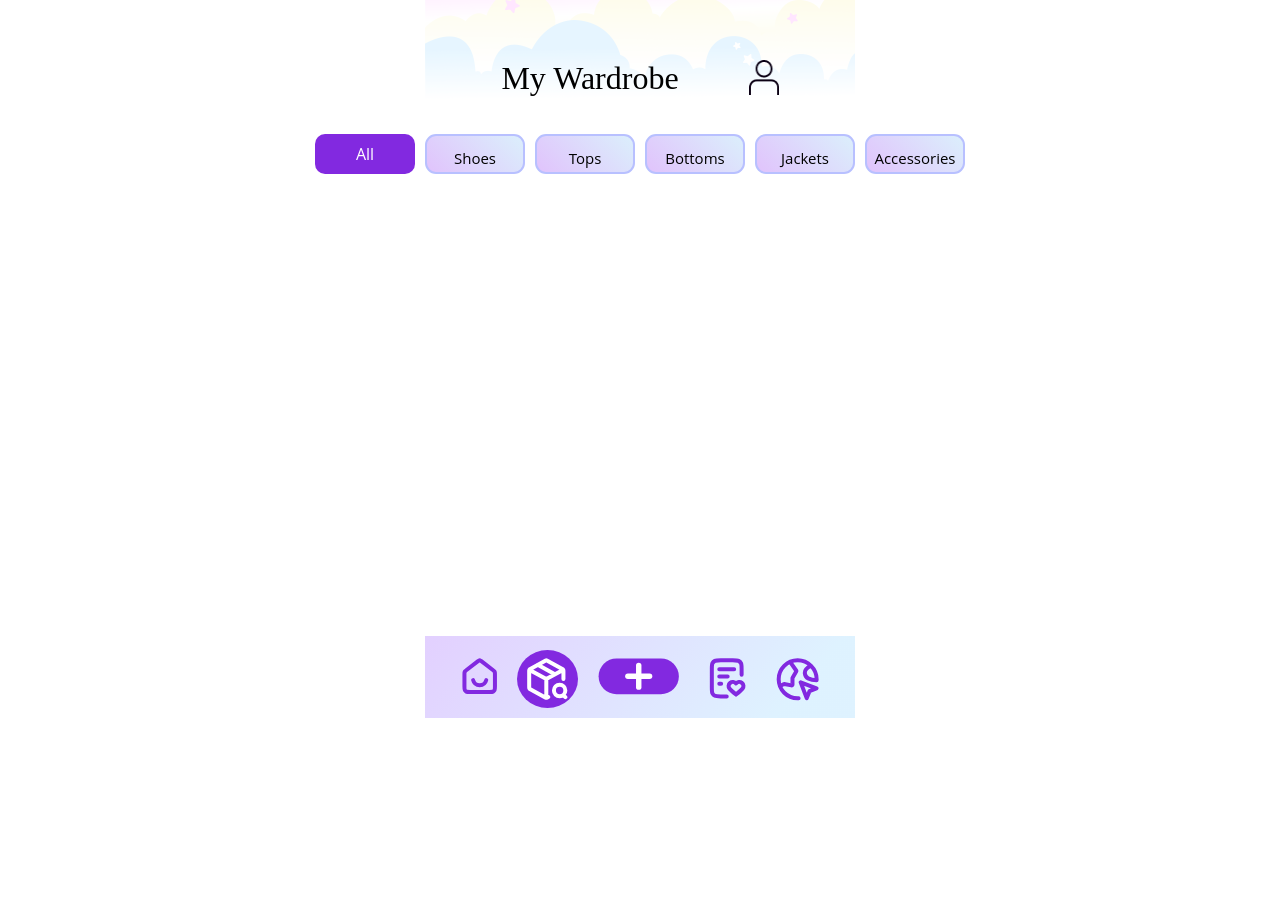
Repository: navnneett/clotho
Page: /Inventory/Category
These files come from the project's save history. The page is drawn as it stood at one moment and after the next save; the edit follows.
The browser window is 1280 px wide. The pictures show the whole page.
The project was rebuilt for these pictures with package versions that can differ from the ones it lists, and the page was loaded fresh each time. The framework's server and built-in components were replaced by stand-ins that run in the browser. Also part of the build but not shown: next.config.js, next.config.mjs, components/CategoryCard/CategoryCard.module.css, components/CategoryCard/index.js.

Above is the page before, as saved 2024-04-15 17:05:27.

### pages/Inventory/Category.js
import styles from "@/styles/Category.module.css";
import Link from "next/link";
import BottomNavigation from "@/components/BottomNavigation/index.js";
import CategoryCard from "@/components/CategoryCard";
import { useState } from "react";
import Image from "next/image";
import { inventory } from "@/Data/inventory";
import ButtonTwo from "@/components/ButtonTwo";
import Button from "@/components/Button";

export default function Category() {

    const [color, setColor] = useState(false);
    const isClick = () => {
        setColor(true);
    }

    const [selectedCards, setSelectedCards] = useState([...inventory.photos]);
    const [selectedItems, setSelectedItems] = useState("All");
    const findItems = (title) => {
        setSelectedItems(title.toUpperCase())
    }

    return (
        <div className={styles.mainContainer} >
            <div className={styles.contentContainer}>
                <div className={styles.topHead}>
                    <div className={styles.headline}>
                        <h1 className={styles.title}>My Wardrobe</h1>
                    </div>
                    <div className={styles.user}>
                        <Image src="/images/inventory/User_account.png" height={35} width={30} />
                    </div>
                </div>

                <div className={styles.chip}>
                    {color ? (
                    <ButtonTwo title="All" height={40} width={100} margin="5px" onClick={() => findItems("ALL")}>
                        All
                    </ButtonTwo>) :
                        (
                        <Button onClick={isClick} title="All" height={40} width={100} borderRadius="10px" fontSize="var(--open-sans-small)" margin="5px">
                            All
                        </Button>
                    )}
                    <ButtonTwo title="Shoes" height={40} width={100} margin="5px" onClick={() => findItems("S")}>Shoes</ButtonTwo>
                    <ButtonTwo title="Tops" height={40} width={100} margin="5px" onClick={() => findItems("T")}>Tops</ButtonTwo>
                    <ButtonTwo title="Bottoms" height={40} width={100} margin="5px" onClick={() => findItems("B")}>Bottoms</ButtonTwo>
                    <ButtonTwo title="Jackets" height={40} width={100} margin="5px" onClick={() => findItems("J")}>Jackets</ButtonTwo>
                    <ButtonTwo title="Accessories" height={40} width={100} margin="5px" onClick={() => findItems("A")}>Accessories</ButtonTwo>
                </div>

                <div className={styles.cards}>
                    {selectedCards && selectedCards.map((photo, index) => (
                        selectedItems === "ALL" ? (
                            <CategoryCard
                                key={index}
                                photoId={photo.id}
                                className={styles.items}
                                src={photo.image}
                                title={photo.title}
                                alt="inventory images"
                                bgColor="var(--inventory-bgColor)"
                                borderRadius="20px"
                                border="0px var(--white)"
                                boxShadow="0px 6px 8px rgba(0, 0, 0, 0.1)"
                                height="150"
                                width="140"
                                />
                        ) : (
                            selectedItems === photo.title.slice(0,1).toUpperCase() && (
                                <CategoryCard
                                key={index}
                                photoId={photo.id}
                                className={styles.items}
                                src={photo.image}
                                title={photo.title}
                                alt="inventory images"
                                bgColor="var(--inventory-bgColor)"
                                borderRadius="20px"
                                border="0px var(--white)"
                                boxShadow="0px 6px 8px rgba(0, 0, 0, 0.1)"
                                height="150"
                                width="140"
                                />
                            )
                        )

                    ))}

                </div>
            </div>

            <div>
                <BottomNavigation
                    bgColorInventory="var(--button-highlight-light)"
                    pathColorInventory="var(--white)"
                    borderStyle="60%"
                    IconWidth={90}
                    iconHeight={36}
                />
            </div>
        </div>
    );
}

### styles/globals.css
:root {

    --transparency: rgba(0, 0, 0, 0);
    --gray: rgb(119, 119, 119);
    --red: rgb(201, 8, 8);

    --large: 21px;
    --medium: 18px;
    --small: 16px;
    --logo: 25px;

    --button-linear-light: 45deg, rgba(221, 184, 255, 0.8), rgba(214, 239, 255, 0.8);
    --button-outline-light: 2px solid #B8C0FF;
    --inventory-card-outline: 4px solid #B8C0FF;
    --button-highlight-light: #8229E0;
    --black: black;
    --white: white;
    --white-transparent: rgba(255, 255, 255, 0.5);
    --light-gray: #B3B3B3;

    --chart-color-purple: #8884d8;
    --chart-color-blue: #83a6ed;
    --chart-color-cyan: #8dd1e1;
    --chart-color-bright-purple: #b399ff;
    --chart-color-light-purple: #b8c0ff;

    --inventory-bgColor: #FBFBFB;



    /* Text styles */
    --open-sans-text: 'Open Sans', sans-serif;
    --open-sans-weight: 500;
    --open-sans-size: 1.7rem;
    --open-sans-small: 1rem;
    --open-sans-medium: 1.2rem;

    --roboto-slab-text: 'Roboto Slab', serif;
    --roboto-slab-weight: 600;
    --roboto-slab-weight-small: 300;
    --roboto-slab-size: 3rem;
    --roboto-slab-small: 2rem;
}


html,
body {
    padding: 0;
    width: 430px;
    height: 923px;
    margin: 0 auto 0 auto;
}

### styles/Category.module.css
.mainContainer {
    height: 100vh;
    background-image: url('/images/quiz/Light Mode Low Opacity.png');
    background-size: cover;
    background-position: center;
    background-origin: content-box;
}

.contentContainer {
    display: flex;
    flex-direction: column;
    align-items: center;
    justify-content: center;
    /* height: calc(100vh -20px);
    padding-bottom: 20px; */
}

.title {
    font-family: var(--roboto-slab-text);
    font-weight: var(--roboto-slab-weight-small);
    font-size: var(--roboto-slab-small);
    color: var(--black);
    padding-top: 40px;
    margin: 0;
}

.content {
    font-family: var(--open-sans-text);
    font-size: var(--open-sans-small);
}

.headline {
    display: flex;
    flex-direction: column;
    text-align: left;
    padding-right: 70px;
}

.user {
    align-items: end;
    padding-top: 40px;
}

.topHead {
    display: flex;
    flex-direction: row;
    padding-top: 20px;
    padding-bottom: 30px;
}

.cards {
    display: grid;
    grid-template-columns: 1fr 1fr;
    justify-content: center;
    margin-top: 30px;
}

.chip {
    display: flex;
    justify-content: center;
}

### Data/inventory.js
export const inventory = {
    photos: [
        {
            id: "Item1",
            title: "Tops: Sweather",
            image:"/images/top/top_32.png",
        },
        {
            id: "Item2",
            title: "Tops: Vest",
            image:"/images/top/top_15.png"
        },
        {
            id: "Item3",
            title: "Bottoms: Short",
            image:"/images/pant/pant_28.png"
        },
        {
            id: "Item4",
            title: "Bottoms: Jean",
            image:"/images/pant/pant_8.png"
        },
        {
            id: "Item5",
            title: "Shoes: Sneaker",
            image:"/images/inventory/sneaker.jpg"
        },
        {
            id: "Item6",
            title: "Shoes: Boots",
            image:"/images/inventory/boots.jpg"
        },
        {
            id: "Item7",
            title: "Accessories: Earrings",
            image:"/images/inventory/accessories.jpg"
        },
        {
            id: "Item8",
            title: "Accessories: Bag",
            image:"/images/inventory/bag.jpg",
        },
        {
            id: "Item9",
            title: "Jackets: Bomber",
            image:"/images/inventory/Jacket.jpg"
        },
        {
            id: "Item10",
            title: "Jackets: Denim Jacket",
            image:"/images/inventory/Jacket_2.jpg"
        },
    ]
}

### components/ButtonTwo/index.js
import styles from './ButtonTwo.module.css'

export default function Button({
    title = "test",
    onClick = () => {},
    height,
    width,
    bgColor,
    fontSize,
    margin
}) {
    return (
        <button className={styles.button} onClick={onClick} style={{ height: height, width: width, backgroundColor: bgColor, fontSize: fontSize, margin: margin}}>
            {title}
        </button>
    )
}

### components/Button/index.js
import styles from './Button.module.css'

export default function Button({
    title = "test",
    onClick = () => {},
    height,
    width,
    bgColor,
    borderRadius,
    fontSize,
    margin,
}) {
    return (
        <button className={styles.button} onClick={onClick} style={{ height: height, width: width, backgroundColor: bgColor, borderRadius: borderRadius, fontSize: fontSize, margin: margin}}>
            {title}
        </button>
    )
}

### components/BottomNavigation/index.js/BottomNavigation.module.css
.container {
    display: flex;
    justify-content: center;
    flex-direction: row;
    align-items: center;
    width: 430px;
    height: 82px;
    margin: 0;
    align-items: center;
    position: fixed;
    bottom: 0;
    padding: 0;
}

.background {
    position: absolute;
    z-index: -1;
}

.home,.inventory,.plus,.collection,.community {
    position: relative;
    display: flex;
    justify-content: space-between;
    padding: 8px 10px 14px 10px;
    margin: 5px;
}

.iconHolder {
    display: block;
}

.iconHolder,
.chosenIcon {
    display: block;
    border-radius: 50%;
}

### components/ButtonTwo/ButtonTwo.module.css
.button {
    padding: 12px 0;
    width: 185px;
    height: 150px;
    font-size: 15px;
    background-image: linear-gradient(var(--button-linear-light));
    color: var(--black);
    border: none;
    border-radius: 11px;
    cursor: pointer;
    border: var(--button-outline-light);
    font-family: var(--open-sans-text);
}

.button:hover {
    background-color: var(--button-highlight-light);
    background-image: none;
    color: var(--white);
}

### components/Button/Button.module.css
.button {
    width: 227px;
    height: 60px;
    padding: 0;
    font-size: 24px;
    background-color: var(--button-highlight-light);
    color: var(--white);
    border: none;
    border-radius: 18px;
    cursor: pointer;
    font-family: var(--open-sans-text);
    align-items: center;
}

.button:hover {
    background-color: rgb(189, 43, 226);
}

### components/CarouselSlider/index.js
import Carousel from 'react-multi-carousel';
import 'react-multi-carousel/lib/styles.css';

export default function CarouselSlider() {
    const responsive = {
        superLargeDesktop: {
          // the naming can be any, depends on you.
          breakpoint: { max: 4000, min: 3000 },
          items: 6
        },
        desktop: {
          breakpoint: { max: 3000, min: 1024 },
          items: 6
        },
        tablet: {
          breakpoint: { max: 1024, min: 430 },
          items: 6
        },
        mobile: {
          breakpoint: { max: 430, min: 0 },
          items: 4
        }
      }

      return(
        <>
            <div>
                <Carousel responsive={responsive}>
                        <div>Item 1</div>
                </Carousel>
            </div>
        </>
      )
}

Loaded but not shown: pages/_app.js (common file); pages/_document.js (common file); components/BottomNavigation/index.js/index.js (76 lines, source omitted)

After the next save:
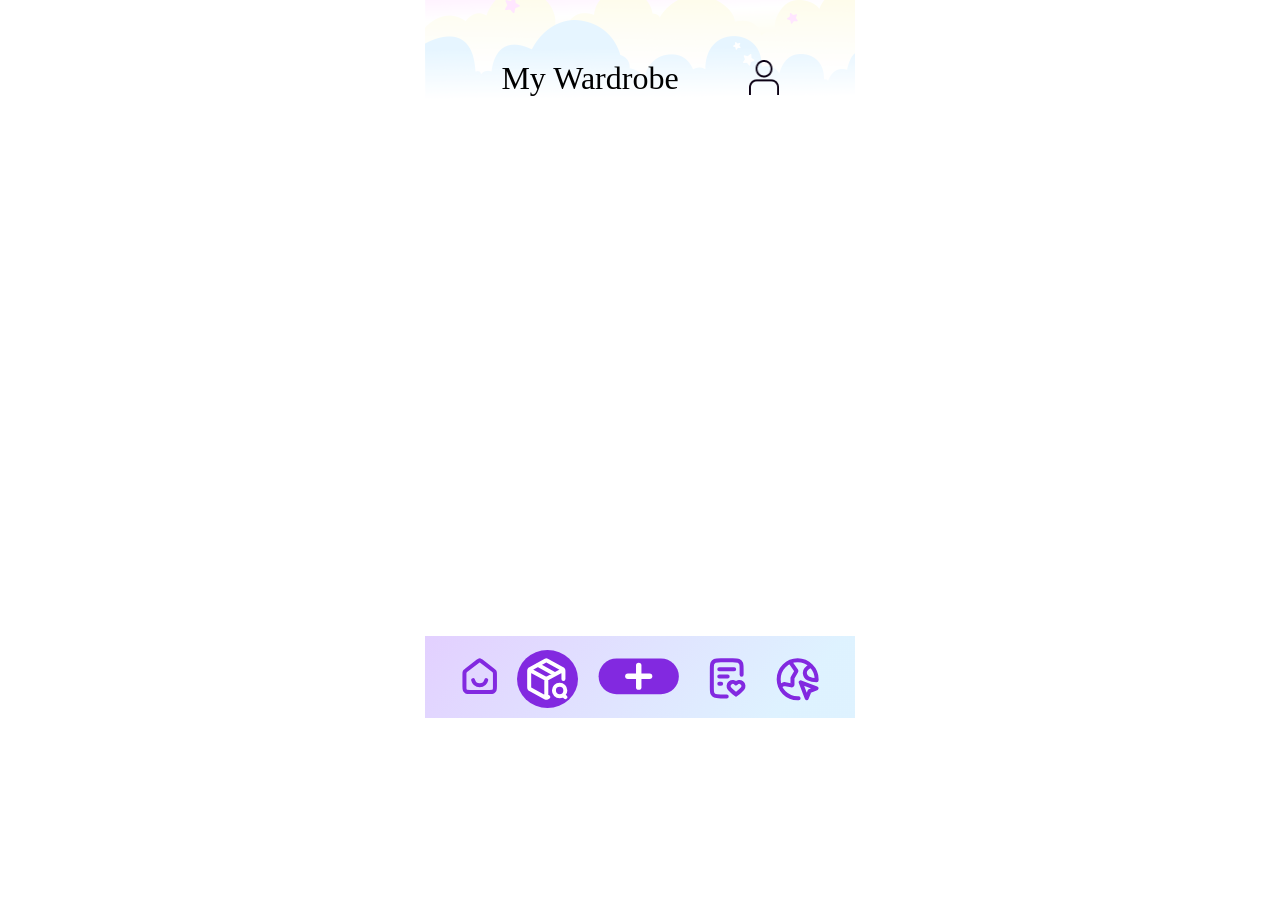
Saved 36 s later.
--- a/pages/Inventory/Category.js
+++ b/pages/Inventory/Category.js
@@ -7,6 +7,7 @@
 import { inventory } from "@/Data/inventory";
 import ButtonTwo from "@/components/ButtonTwo";
 import Button from "@/components/Button";
+import CarouselSlider from "@/components/CarouselSlider";
 
 export default function Category() {
 
@@ -34,7 +35,8 @@
                 </div>
 
                 <div className={styles.chip}>
-                    {color ? (
+                    <CarouselSlider />
+                    {/* {color ? (
                     <ButtonTwo title="All" height={40} width={100} margin="5px" onClick={() => findItems("ALL")}>
                         All
                     </ButtonTwo>) :
@@ -47,7 +49,7 @@
                     <ButtonTwo title="Tops" height={40} width={100} margin="5px" onClick={() => findItems("T")}>Tops</ButtonTwo>
                     <ButtonTwo title="Bottoms" height={40} width={100} margin="5px" onClick={() => findItems("B")}>Bottoms</ButtonTwo>
                     <ButtonTwo title="Jackets" height={40} width={100} margin="5px" onClick={() => findItems("J")}>Jackets</ButtonTwo>
-                    <ButtonTwo title="Accessories" height={40} width={100} margin="5px" onClick={() => findItems("A")}>Accessories</ButtonTwo>
+                    <ButtonTwo title="Accessories" height={40} width={100} margin="5px" onClick={() => findItems("A")}>Accessories</ButtonTwo> */}
                 </div>
 
                 <div className={styles.cards}>

After the 3 saves that followed:
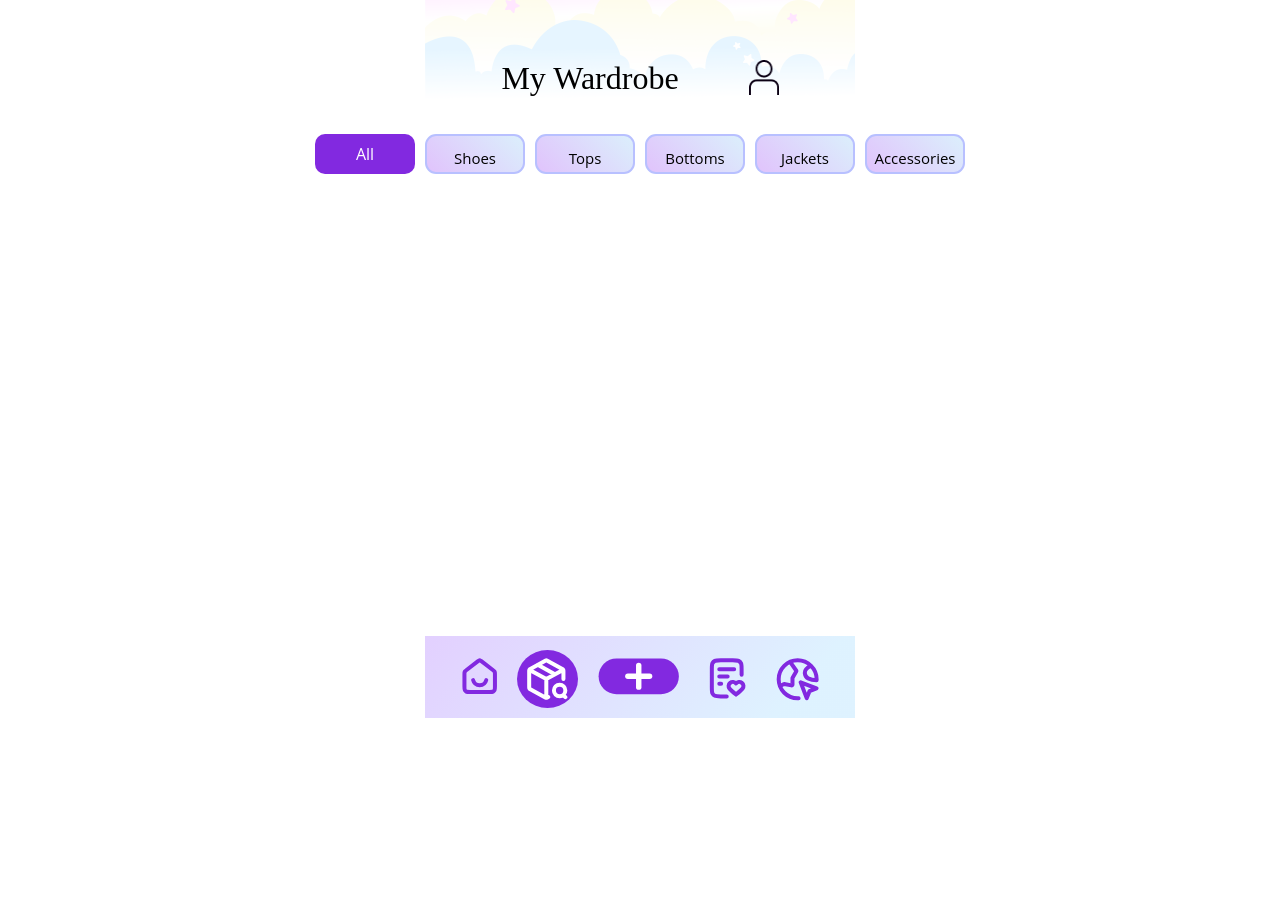
The 3 saves are shown as one change because 2 left the picture as it was.
The last was saved 5 min 1 s later.
--- a/pages/Inventory/Category.js
+++ b/pages/Inventory/Category.js
@@ -36,7 +36,7 @@
 
                 <div className={styles.chip}>
                     <CarouselSlider />
-                    {/* {color ? (
+                    {color ? (
                     <ButtonTwo title="All" height={40} width={100} margin="5px" onClick={() => findItems("ALL")}>
                         All
                     </ButtonTwo>) :
@@ -49,7 +49,7 @@
                     <ButtonTwo title="Tops" height={40} width={100} margin="5px" onClick={() => findItems("T")}>Tops</ButtonTwo>
                     <ButtonTwo title="Bottoms" height={40} width={100} margin="5px" onClick={() => findItems("B")}>Bottoms</ButtonTwo>
                     <ButtonTwo title="Jackets" height={40} width={100} margin="5px" onClick={() => findItems("J")}>Jackets</ButtonTwo>
-                    <ButtonTwo title="Accessories" height={40} width={100} margin="5px" onClick={() => findItems("A")}>Accessories</ButtonTwo> */}
+                    <ButtonTwo title="Accessories" height={40} width={100} margin="5px" onClick={() => findItems("A")}>Accessories</ButtonTwo>
                 </div>
 
                 <div className={styles.cards}>
--- a/components/CarouselSlider/index.js
+++ b/components/CarouselSlider/index.js
@@ -6,28 +6,31 @@ export default function CarouselSlider() {
         superLargeDesktop: {
           // the naming can be any, depends on you.
           breakpoint: { max: 4000, min: 3000 },
-          items: 6
+          items: 5
         },
         desktop: {
           breakpoint: { max: 3000, min: 1024 },
-          items: 6
+          items: 3
         },
         tablet: {
-          breakpoint: { max: 1024, min: 430 },
-          items: 6
+          breakpoint: { max: 1024, min: 464 },
+          items: 2
         },
         mobile: {
-          breakpoint: { max: 430, min: 0 },
-          items: 4
+          breakpoint: { max: 464, min: 0 },
+          items: 1
         }
       }
 
       return(
         <>
             <div>
-                <Carousel responsive={responsive}>
-                        <div>Item 1</div>
-                </Carousel>
+            <Carousel responsive={responsive}>
+                <div>Item 1</div>
+                <div>Item 2</div>
+                <div>Item 3</div>
+                <div>Item 4</div>
+            </Carousel>
             </div>
         </>
       )
